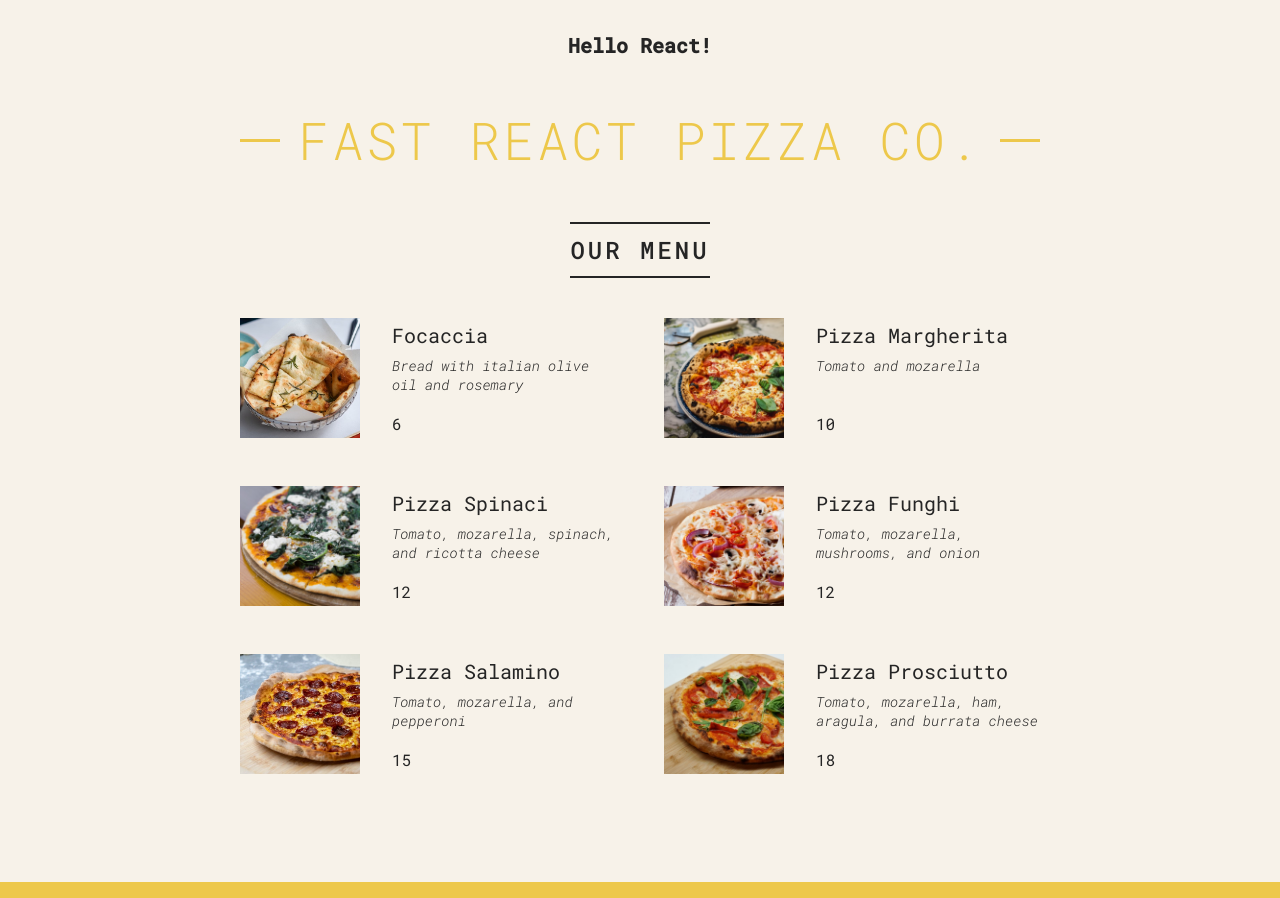
Repository: Alphosmart/03_pizza-menu
Page: /
The author's editor kept a copy of each file at every save. The page is drawn from the files as they stood at one save, then again after the next save.
The browser window is 1280 px wide. The pictures show the whole page.
The project was rebuilt for these pictures with package versions that can differ from the ones it lists, and the page was loaded fresh each time.

Above is the page before, as saved 2024-06-02 12:21:10.

### src/index.js
import React from "react";
import ReactDOM from "react-dom/client";
import "./index.css";

const pizzaData = [
  {
    name: "Focaccia",
    ingredients: "Bread with italian olive oil and rosemary",
    price: 6,
    photoName: "pizzas/focaccia.jpg",
    soldOut: false,
  },
  {
    name: "Pizza Margherita",
    ingredients: "Tomato and mozarella",
    price: 10,
    photoName: "pizzas/margherita.jpg",
    soldOut: false,
  },
  {
    name: "Pizza Spinaci",
    ingredients: "Tomato, mozarella, spinach, and ricotta cheese",
    price: 12,
    photoName: "pizzas/spinaci.jpg",
    soldOut: false,
  },
  {
    name: "Pizza Funghi",
    ingredients: "Tomato, mozarella, mushrooms, and onion",
    price: 12,
    photoName: "pizzas/funghi.jpg",
    soldOut: false,
  },
  {
    name: "Pizza Salamino",
    ingredients: "Tomato, mozarella, and pepperoni",
    price: 15,
    photoName: "pizzas/salamino.jpg",
    soldOut: true,
  },
  {
    name: "Pizza Prosciutto",
    ingredients: "Tomato, mozarella, ham, aragula, and burrata cheese",
    price: 18,
    photoName: "pizzas/prosciutto.jpg",
    soldOut: false,
  },
];

function App() {
  return (
    <div className="container">
      <h1>Hello React!</h1>
      <Header />
      <Menu />
      <Footer />
    </div>
  );
}

function Header() {
  // const style = { color: "red", fontSize: "48px", textTransform: "Uppercase" };
  const style = {};
  return (
    <header className="header">
      <h1 style={style}>Fast React Pizza Co.</h1>
    </header>
  );
}

function Menu() {
  const pizzas = pizzaData;
  // const pizzas = [];
  const numPizzas = pizzas.length;

  return (
    <main className="menu">
      <h2>Our Menu</h2>
      {numPizzas > 0 ? (
        <ul className="pizzas">
          {pizzas.map((pizza) => (
            <Pizza pizzaObj={pizza} key={pizza.name} />
          ))}
        </ul>
      ) : (
        <p>We are still working on our menu. Please come back later</p>
      )}

      {/* <Pizza
        name="Pizza Spinaci"
        ingredients="Tomato, mozarella, spinach, and ricotta cheese"
        photoName="pizzas/spinaci.jpg"
        price={10}
      />
      <Pizza
        name="Pizza Funghi"
        ingredients="Tomato, mushrooms"
        price={12}
        photoName="pizzas/funghi.jpg"
      /> */}
    </main>
  );
}

function Pizza(props) {
  console.log(props);
  return (
    <li className="pizza">
      <img src={props.pizzaObj.photoName} alt={props.pizzaObj.name} />

      <div>
        <h3>{props.pizzaObj.name}</h3>
        <p>{props.pizzaObj.ingredients}</p>
        <span>{props.pizzaObj.price}</span>
      </div>
    </li>
  );
}
function Footer() {
  const hour = new Date().getHours();
  const openHour = 20;
  const closeHour = 24;
  const isOpen = hour >= openHour && hour <= closeHour;
  console.log(isOpen);
  // if (hour >= openHour && hour <= closeHour) alert("We're currently open!");
  // else alert("Sorry We're closed!");
  return (
    <footer className="footer">
      {isOpen && (
        <div className="order">
          <p>We're open until {closeHour}:00. Come visit us or order online.</p>
          <button className="btn">Order</button>
        </div>
      )}
    </footer>
  );

  // return React.createElement("footer", null, "We're currently open!");
}

// React v18
const root = ReactDOM.createRoot(document.getElementById("root"));
root.render(
  <React.StrictMode>
    <App />
  </React.StrictMode>
); // or root.render<App />);

//React before v18
// React.render(<App />, document.getElementById("root"));

Loaded but not shown: public/index.html (common file); src/index.css (common file)

After the next save:
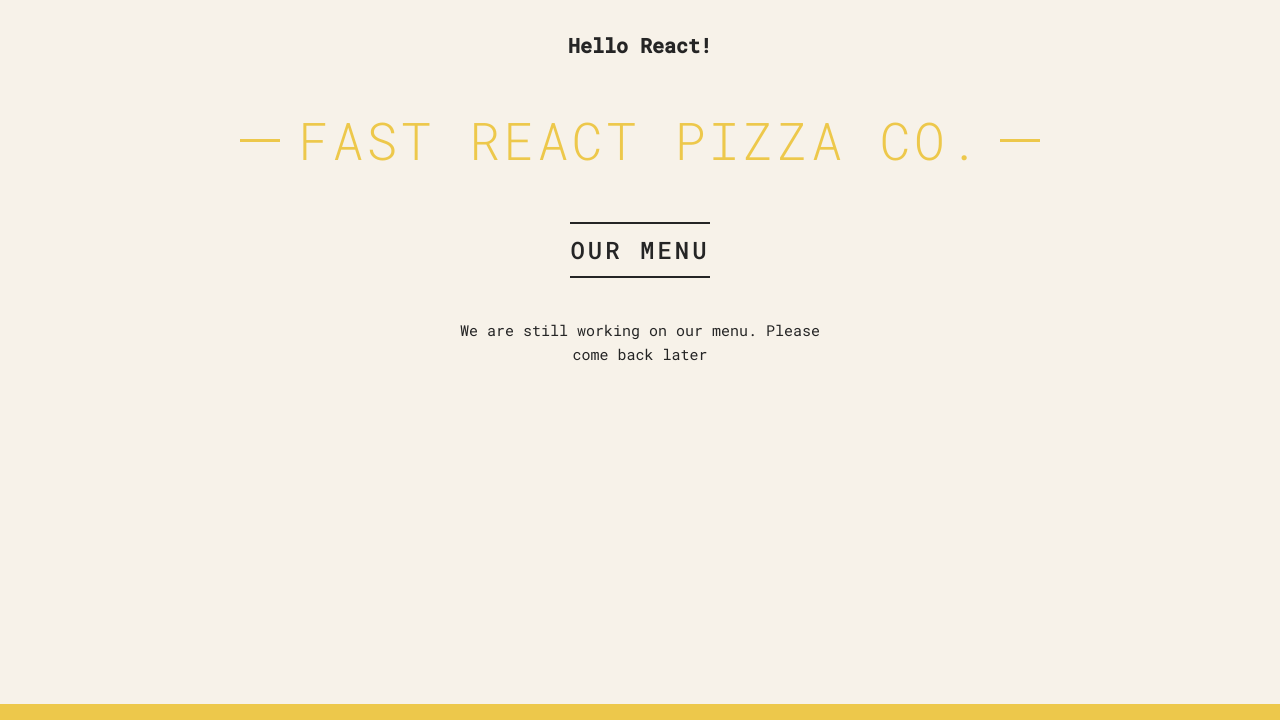
Saved 13 s later.
--- a/src/index.js
+++ b/src/index.js
@@ -69,8 +69,8 @@
 }
 
 function Menu() {
-  const pizzas = pizzaData;
-  // const pizzas = [];
+  // const pizzas = pizzaData;
+  const pizzas = [];
   const numPizzas = pizzas.length;
 
   return (

After the save that followed:
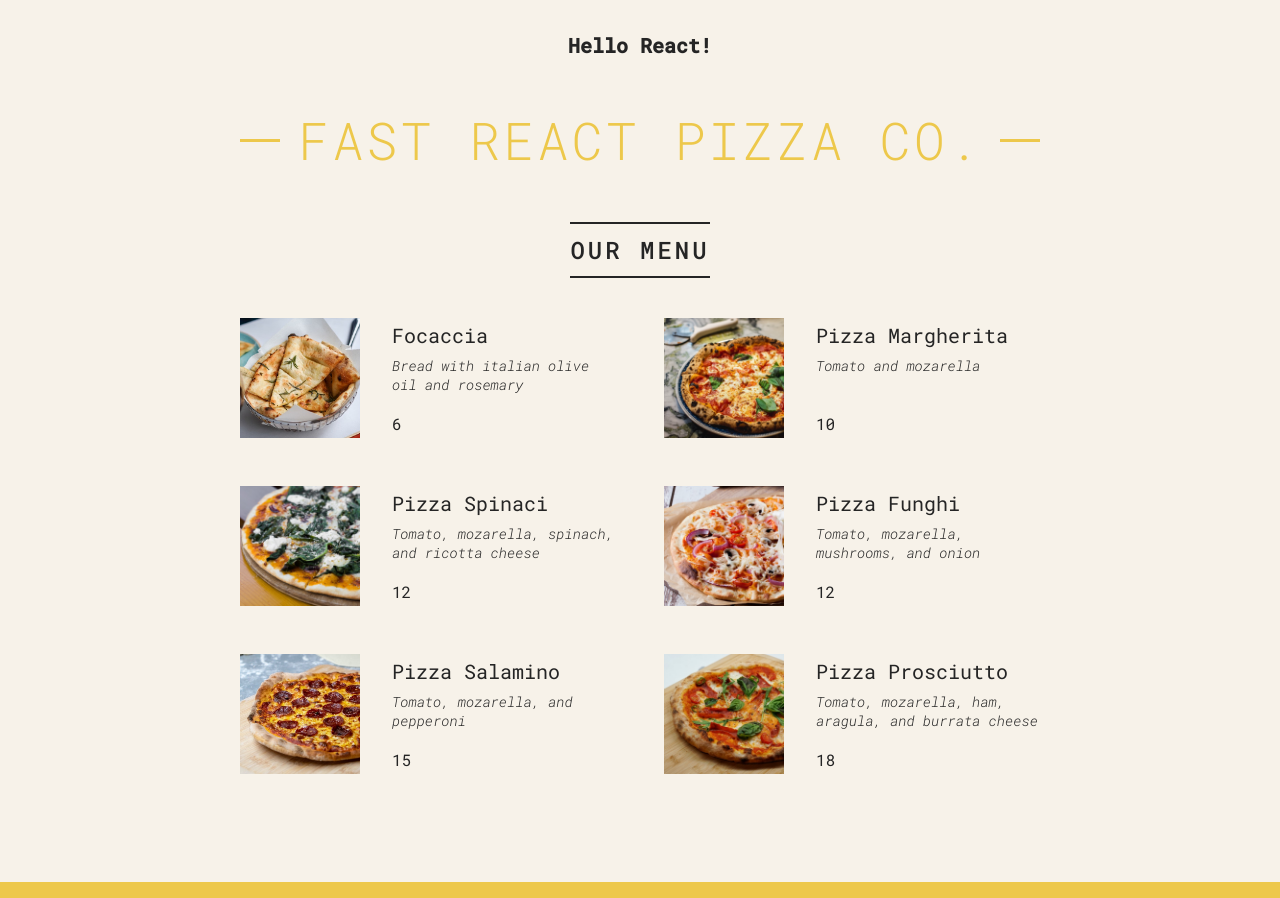
Saved 31 s later.
--- a/src/index.js
+++ b/src/index.js
@@ -69,8 +69,8 @@
 }
 
 function Menu() {
-  // const pizzas = pizzaData;
-  const pizzas = [];
+  const pizzas = pizzaData;
+  // const pizzas = [];
   const numPizzas = pizzas.length;
 
   return (
